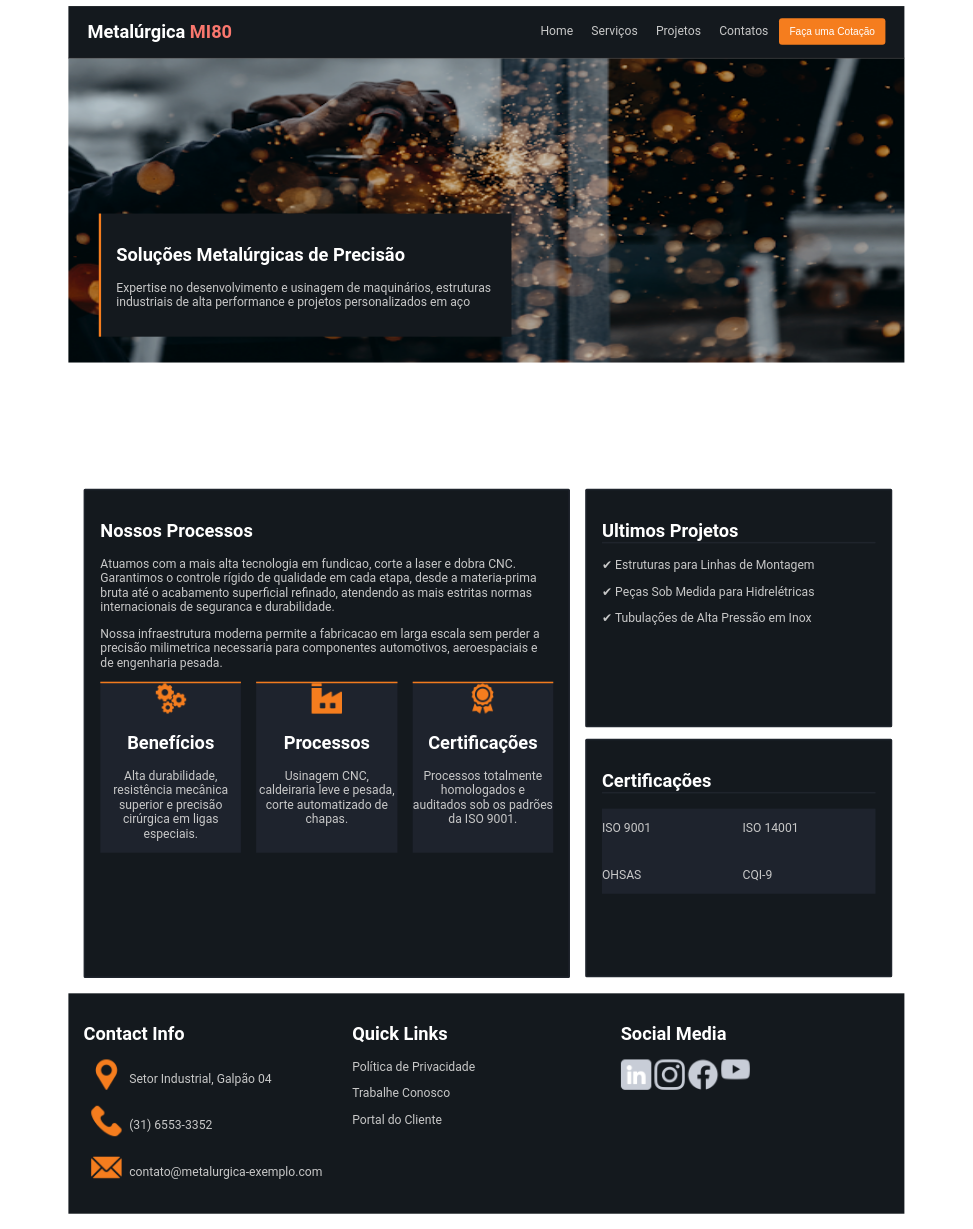
Repository: guiCherpinski/landing-page-metalurgica
Page: index.html
The author's editor kept a copy of each file at every save. The page is drawn from the files as they stood at one save, then again after a run of saves.
The browser window is 1280 px wide. The pictures show the whole page, at 76% of full size.

Above is the page before, as saved 2026-06-08 15:27:25.

### index.html
<!DOCTYPE html>
<html lang="pt-br">
<head>
    <meta charset="UTF-8">
    <meta name="viewport" content="width=device-width, initial-scale=1.0">
    <title>Metalúrgica</title>
    <link rel="stylesheet" href="style.css">
</head>
<body>
    <header>
        <nav>
            <h1>Metalúrgica <span>MI80</span></h1>

            <div class = "buttons">
                <a href="/">Home</a>
                <a href="/">Serviços</a>
                <a href="/">Projetos</a>
                <a href="/">Contatos</a>
                <button>Faça uma Cotação</button>
            </div>
        </nav>
    </header>

    <main>
        <section class = "hero-section">
            <img src="./img/homem-serrando.png" alt="Foto de um Soldador">
            <div class = "text-hero">
                <h2>Soluções Metalúrgicas de Precisão</h2>
                <p>Expertise no desenvolvimento e usinagem de maquinários, estruturas industriais de alta performance e projetos personalizados em aço</p>
            </div>
        </section>
    </main>

    <section class = "all-sections">
        <section class = "our-process">

            <h2>Nossos Processos</h2>

            <p>Atuamos com a mais alta tecnologia em fundicao, corte a laser e dobra CNC. Garantimos o
                controle rígido de qualidade em cada etapa, desde a materia-prima bruta até o acabamento
                superficial refinado, atendendo as mais estritas normas internacionais de seguranca e
                durabilidade.
            </p>

            <p>Nossa infraestrutura moderna permite a fabricacao em larga escala sem perder a precisão
                milimetrica necessaria para componentes automotivos, aeroespaciais e de engenharia
                pesada.
            </p>

            <section class = "articles">
                <article class = "article-benefits">
                    <img src="./img/settings-gears.png" alt="Icone de engrenagens">
                    <h2>Benefícios</h2>
                    <p>Alta durabilidade, resistência mecânica superior e precisão cirúrgica em ligas especiais.</p>
                </article>

                <article class = "article-process">
                    <img src="./img/industry.png" alt="Icone de industria">
                    <h2>Processos</h2>
                    <p>Usinagem CNC, caldeiraria leve e pesada, corte automatizado de chapas.</p>
                </article>

                <article class = "article-certificates">
                    <img src="./img/medal.png" alt="Icone de medalha">
                    <h2>Certificações</h2>
                    <p>Processos totalmente homologados e auditados sob os padrões da ISO 9001.</p>
                </article>
            </section>
        </section>

        <div class = "grid">
            <section class = "last-projects">
                <h2>Ultimos Projetos</h2>
                <p>✔ Estruturas para Linhas de Montagem </p>
                <p>✔ Peças Sob Medida para Hidrelétricas</p>
                <p>✔ Tubulações de Alta Pressão em Inox</p>
            </section>

            <section class = "certificates">
                <h2>Certificações</h2>
                <div class = "paragrafos">
                    <p>ISO 9001</p>
                    <p>ISO 14001</p>
                    <p>OHSAS</p>
                    <p>CQI-9</p>
                </div>
            </section>
        </div>
    </section>


    <footer class = "rodape">
        <section>
            <h2>Contact Info</h2>

            <article class = "text-rodape">
                <img src="./img/placeholder.png" alt="Icone pin">
                <p>Setor Industrial, Galpão 04</p>
            </article>

            <article class = "text-rodape">
                <img src="./img/phone-call.png" alt="Icone de telefone">
                <p>(31) 6553-3352</p>
            </article>

            <article class = "text-rodape   ">
                <img src="./img/email.png" alt="Icone email">
                <p>contato@metalurgica-exemplo.com</p>
            </article>
        </section>

        <section>
            <h2>Quick Links</h2>
            <p>Política de Privacidade</p>
            <p>Trabalhe Conosco</p>
            <p>Portal do Cliente</p>
        </section>

        <section>
            <h2>Social Media</h2>
            <img src="./img/linkedin.png" alt="Icone linkedin">
            <img src="./img/instagram.png" alt="Icone instagram">
            <img src="./img/facebook.png" alt="Icone facebook">
            <img src="./img/youtube.png" alt="Icone youtube">
        </section>
    </footer>


</body>
</html>

### style.css
body{
    font-family: 'Roboto' , sans-serif;
    justify-items: center;
    /*background: #0A0A14;*/
}

header{
    background: #14191E;
    width: 1100px;
    border-bottom: 1px solid #2D2929;
}

header h1{
    color: white;
}

header h1 span {
    color: #FA776E;
}

header nav {
    display: flex;
    align-items: center;
    justify-content: space-between;
    margin-left: 25px;
    margin-right: 25px;
}

header nav a {
    margin-left: 10px;
    margin-right: 10px;
    text-decoration: none;
    color: #C8C8C8;
}


header button {
    width:140px;
    height: 35px;
    background: #F57D1E;
    border: none;
    border-radius: 4px;
    color: white;
}

header button:hover{
    cursor: pointer;
    background:#CC5500;
}

.hero-section img{
    width: 1100px;
    height: 400px;
}

.text-hero{
    background: #14191E;
    border-left: 3px solid #F57D1E;
    width: 500px;
    padding: 20px;
    position: relative;
    bottom: 200px;
    left: 40px;
}

.text-hero h2{
    color: white;
}

.text-hero p{
    color: #c8c8c8;
}

.articles{
    display: grid;
    grid-template-columns: 1fr 1fr 1fr;
    gap: 20px;
}

.our-process{
    background: #14191E;
    height: 600px;
    border: 2px solid #1F242C;
    border-radius: 2px;
    padding: 20px;
}

.our-process h2{
    color: white;
}

.our-process p{
    color: #c8c8c8;
}

.our-process img{
    width: 40px;
    height: 40px;
}

.article-benefits{
    background: #1E232D;
    border-top: 2px solid #F27B1E;
    text-align: center;
}

.article-process{
    background: #1E232D;
    border-top: 2px solid #F27B1E;
    text-align: center;
}

.article-certificates{
    background: #1E232D;
    border-top: 2px solid #F27B1E;
    text-align: center;
}

.last-projects{
    background: #14191E;
    border: 2px solid #1F242C;
    border-radius: 2px;
    padding: 20px;
    height: 270px;
    width: 360px;
}

.last-projects h2{
    color: white;
    border-bottom: 2px solid #1F242C;
}

.last-projects p {
    color: #c8c8c8;
}

.certificates{
    background: #14191E;
    border: 2px solid #1F242C;
    border-radius: 2px;
    height: 270px;
    width: 360px;
    padding: 20px;
    margin-top: 15px;
}

.certificates h2{
    color: white;
    border-bottom: 2px solid #1F242C;
}

.certificates p{
    color: #c8c8c8;
}

.all-sections{
    display: grid;
    grid-template-columns: 640px 400px;
    gap: 20px;
}

.rodape{
    padding: 20px;
    width: 1060px;
    margin: 20px;
    display: grid;
    grid-template-columns: 1fr 1fr 1fr;
    background: #14191E;
}

.rodape h2{
    color: white;
}

.rodape p{
    color: #c8c8c8;
}

.rodape img {
    width: 40px;
    height: 40px;
}

.text-rodape{
    border-top: #1F242C;
    display: flex;
    margin: 10px;
    gap: 10px;
}

.grid{
    display: grid;
    grid-template-columns: 1fr;
}

.paragrafos{
    display: grid;
    grid-template-columns: 1fr 1fr;
    gap: 10px;
    background: #1E232D;
}

After the next 5 saves:
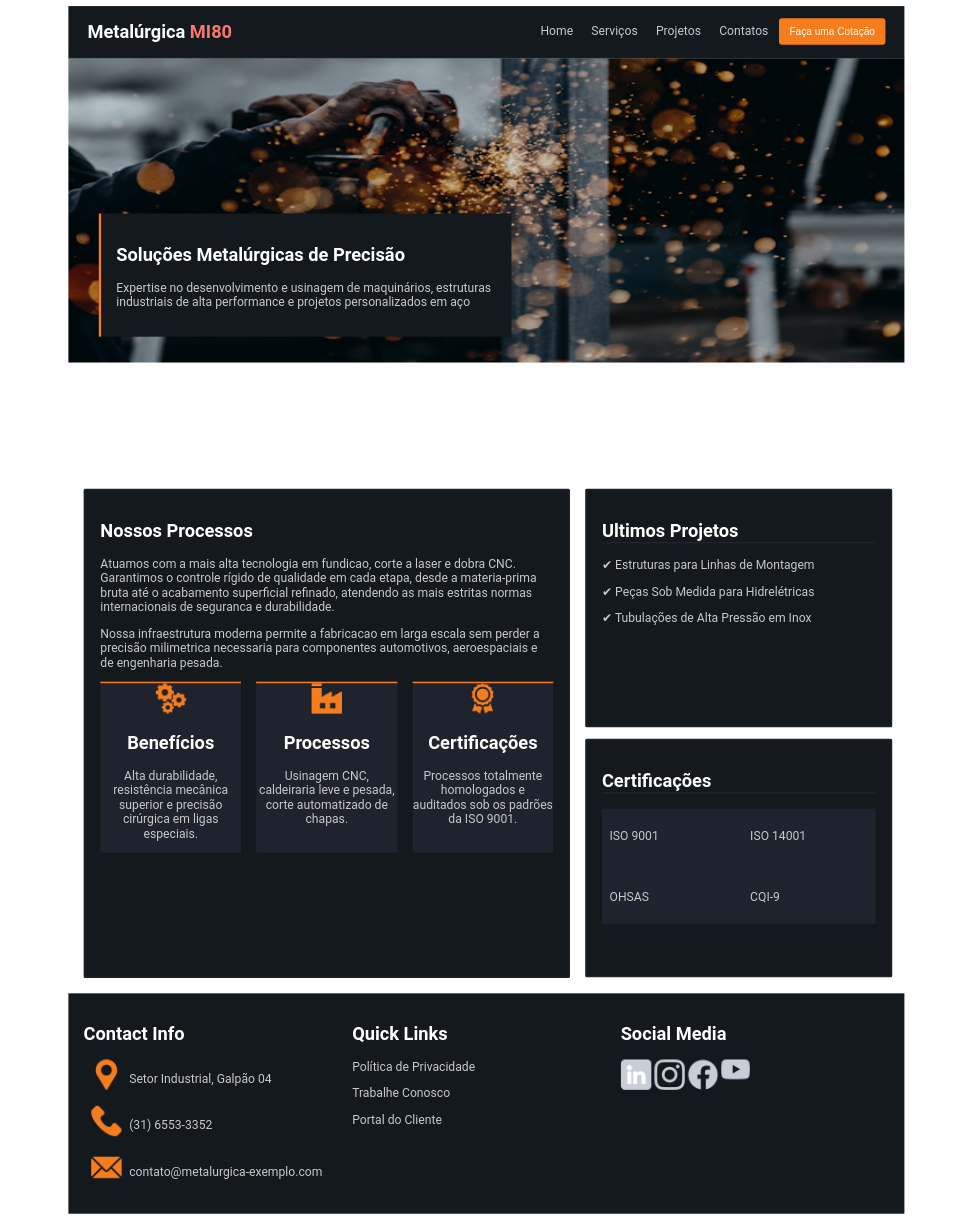
The 5 saves are shown as one change because they came seconds apart.
The last was saved 15 s later.
--- a/style.css
+++ b/style.css
@@ -199,3 +199,7 @@ header button:hover{
     gap: 10px;
     background: #1E232D;
 }
+
+.paragrafos p{
+    padding: 10px;
+}

After the 2 saves that followed:
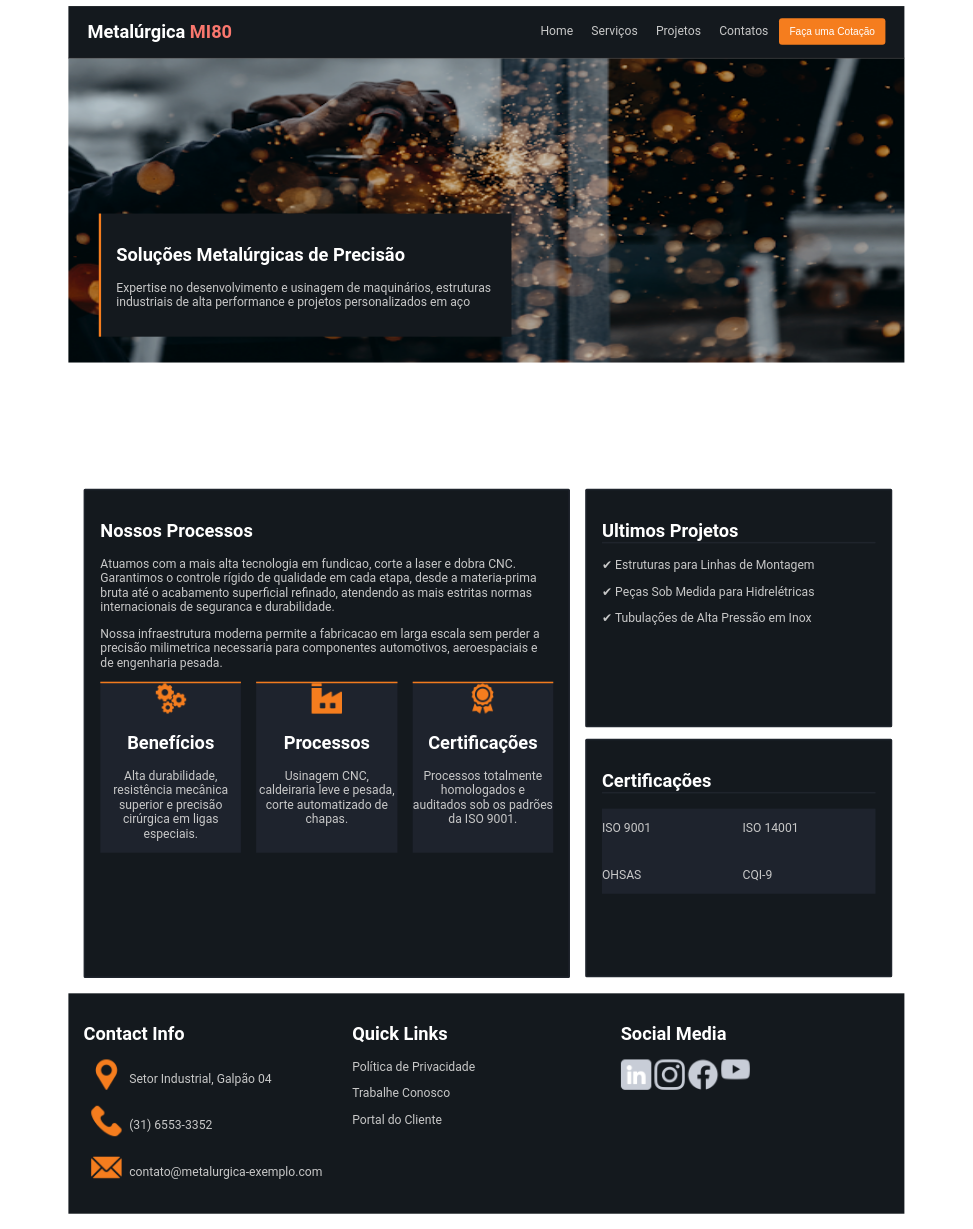
The 2 saves are shown as one change because they came seconds apart.
The last was saved 9 s later.
--- a/style.css
+++ b/style.css
@@ -201,5 +201,5 @@ header button:hover{
 }
 
 .paragrafos p{
-    padding: 10px;
-}
+
+}
